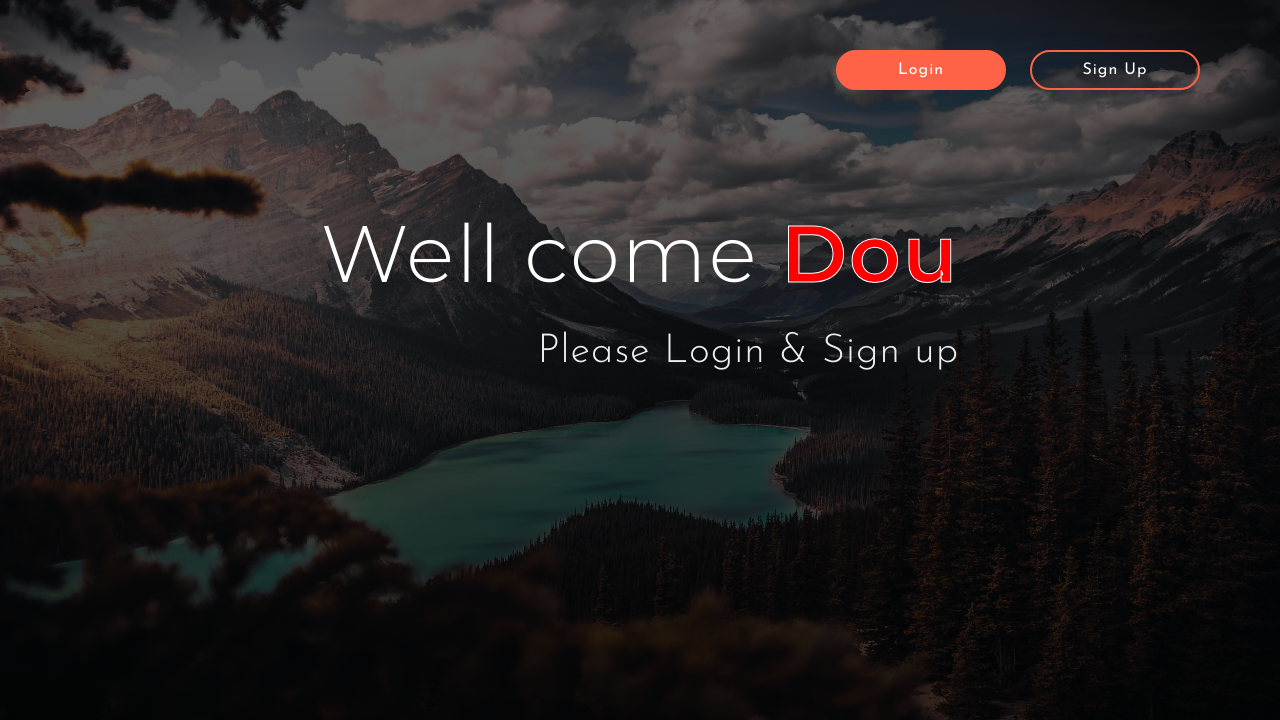
Repository: motamedipour2022/javascript_project
Page: model_form1/index.html
These files come from the project's save history. The page is drawn as it stood at one moment and after the next save; the edit follows.
The browser window is 1280 px wide. The pictures show the whole page.
Some web libraries are served in a nearby version.

Above is the page before, as saved 2022-12-20 12:28:04.

After the next save:
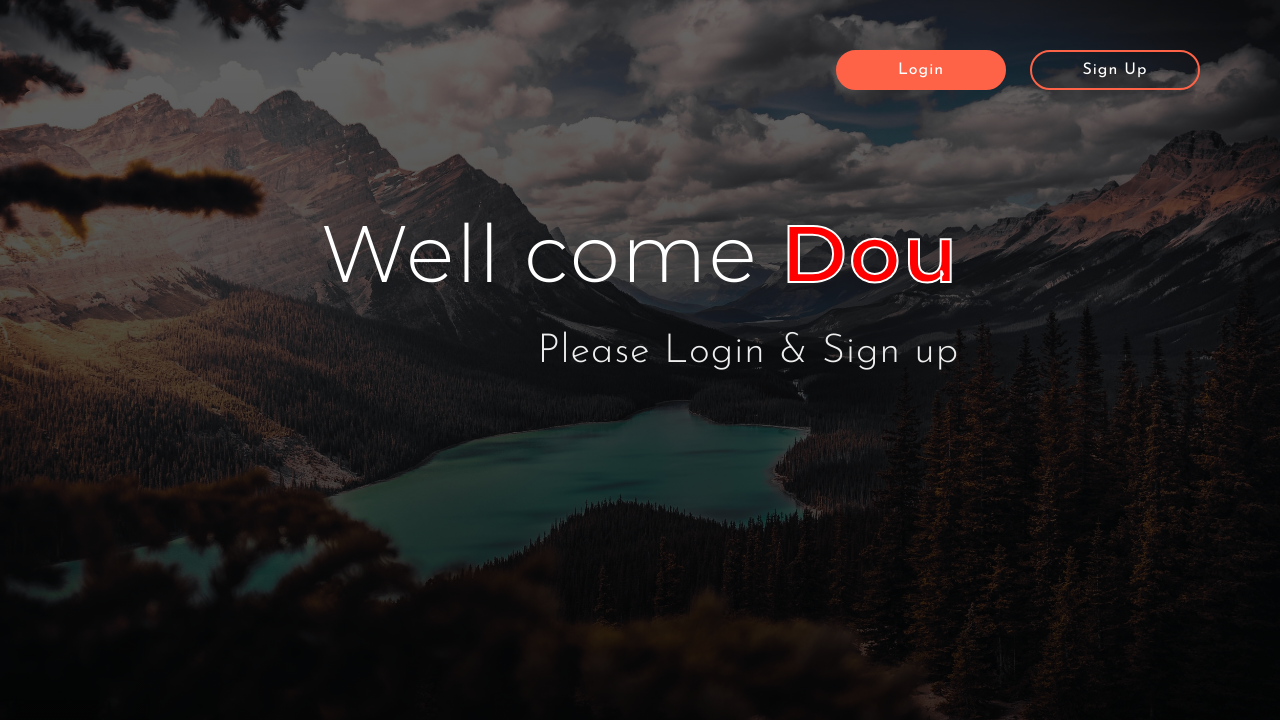
Saved 7 s later.
--- a/model_form1/style.css
+++ b/model_form1/style.css
@@ -29,7 +29,7 @@
 .banner-text h1 span{
   color: red;
   font-weight: 800;
-  -webkit-text-stroke: 1px white;
+  -webkit-text-stroke: 2px white;
 }
 .banner-text p {
   color: #eee;
